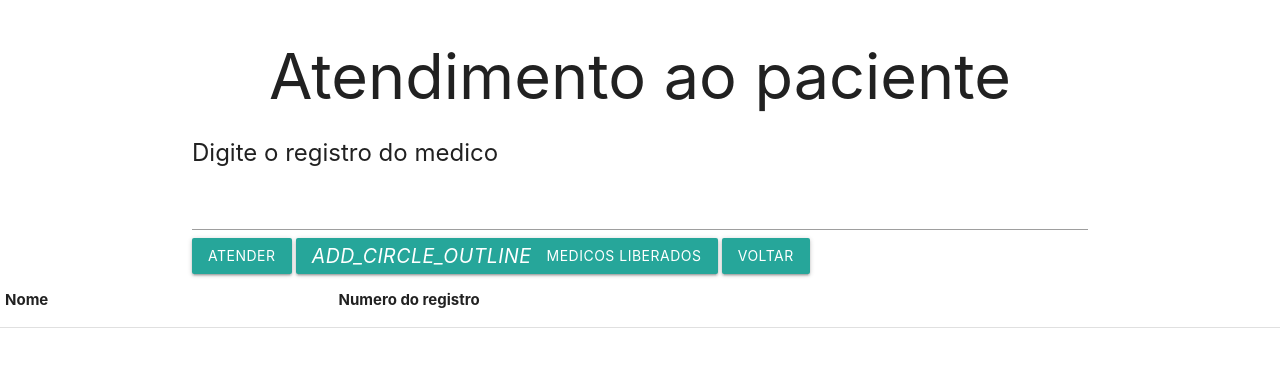
Repository: Greg123-del/hospitalapp
Page: http://localhost/pacientes/atenderPaciente
An editor plug-in stored every save of this project. The page is shown before and after the next save, followed by the edit.
The browser window is 1280 px wide. The pictures show the whole page.
The page is this project's Thymeleaf template; nobody is signed in. The template is opened directly, without the code that normally fills it, so the values that code supplies are empty.

Above is the page before, as saved 2019-09-20 16:09:16.

After the next save:
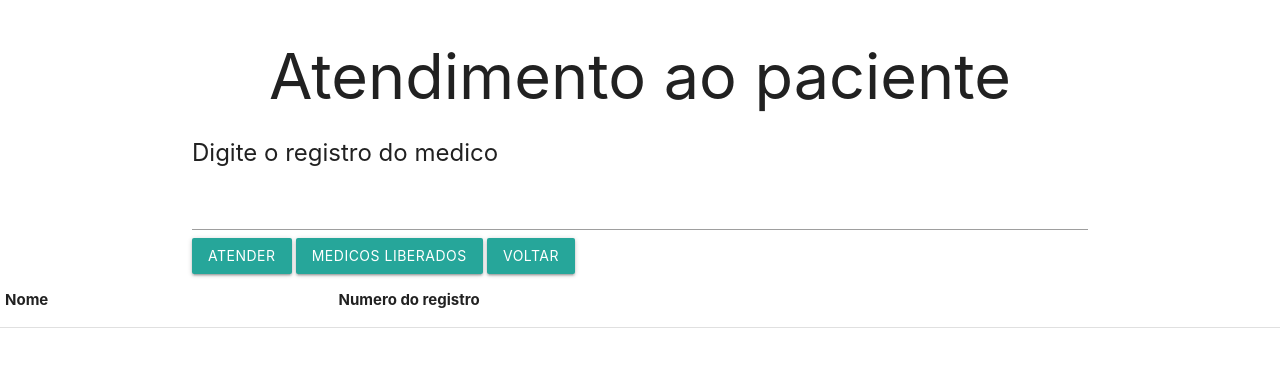
Saved 96 s later.
--- a/Hospital-Backend/hospitalapp/src/main/resources/templates/pacientes/atenderPaciente.html
+++ b/Hospital-Backend/hospitalapp/src/main/resources/templates/pacientes/atenderPaciente.html
@@ -17,7 +17,7 @@
 	<h3 class = "Principal-text">Digite o registro do medico</h3><input type = "text" value="" name="num_regi"/>
 
 	<button type = "submit" class="waves-effect waves-light btn">Atender</button>
-	<a href="/listarMedico" class="waves-effect waves-light btn"><i class="material-icons left">add_circle_outline</i>Medicos Liberados</a>
+	<a href="/listarMedico" class="waves-effect waves-light btn">Medicos Liberados</a>
 	<a href="/" class="waves-effect waves-light btn">Voltar</a>
 
 
